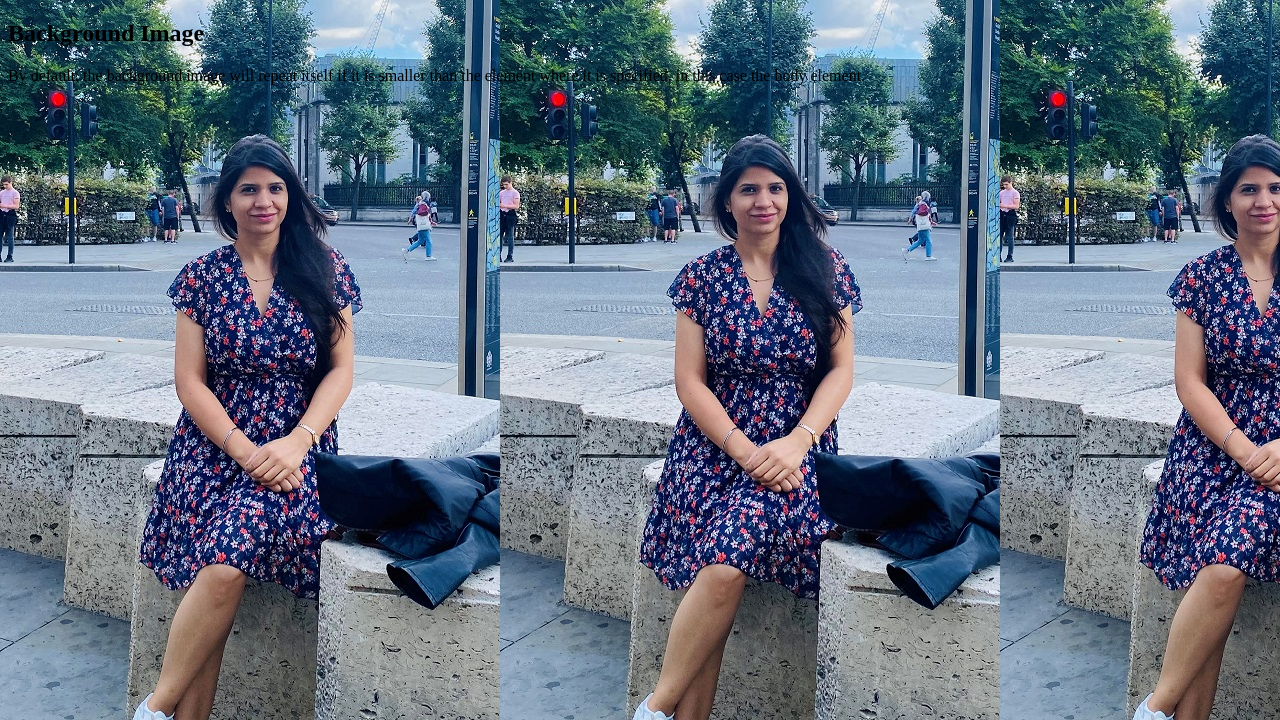
Repository: priyanka-bishnoi/PortfolioPage
Page: MyPage.html
The author's editor kept a copy of each file at every save. The page is drawn from the files as they stood at one save, then again after the next save.
The browser window is 1280 px wide. The pictures show the whole page.

Above is the page before, as saved 2022-10-06 23:41:15.

After the next save:
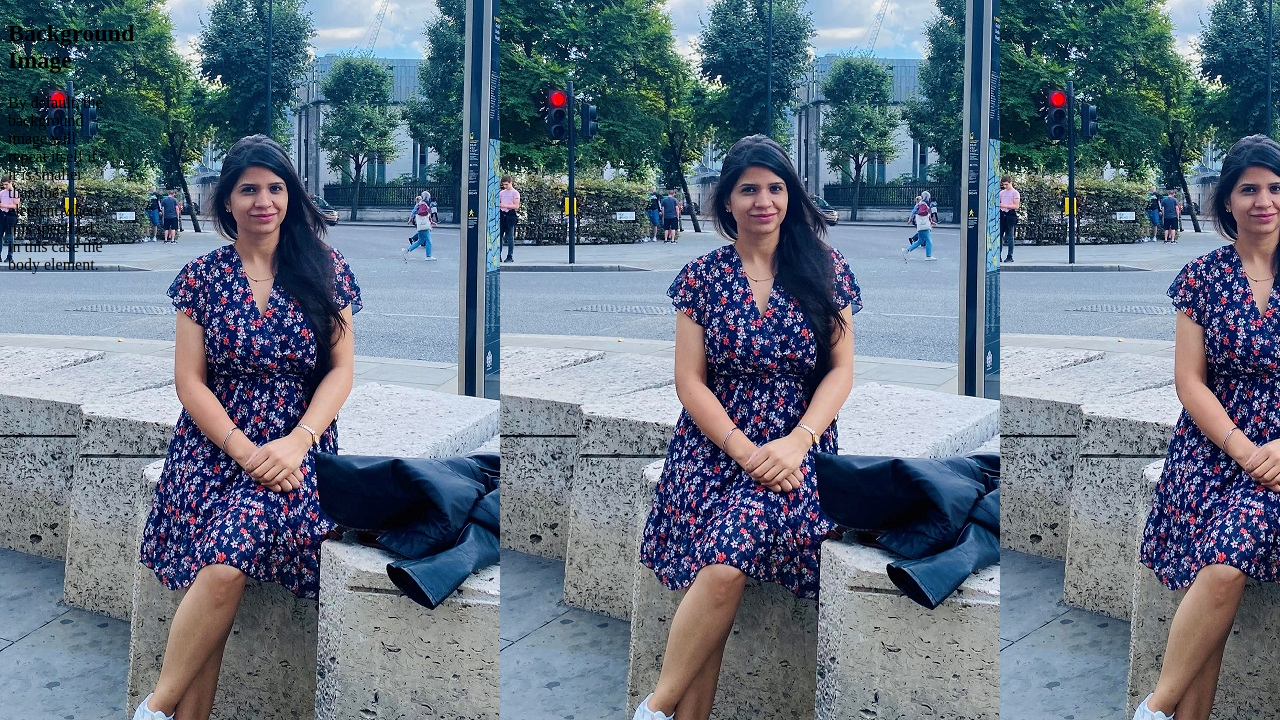
Saved 2 min 1 s later.
--- a/MyPage.html
+++ b/MyPage.html
@@ -4,6 +4,8 @@
 <style>
 body {
   background-image: url('Background.jpg');
+  height: 100px;
+  width:100px;
 }
 </style>
 </head>
